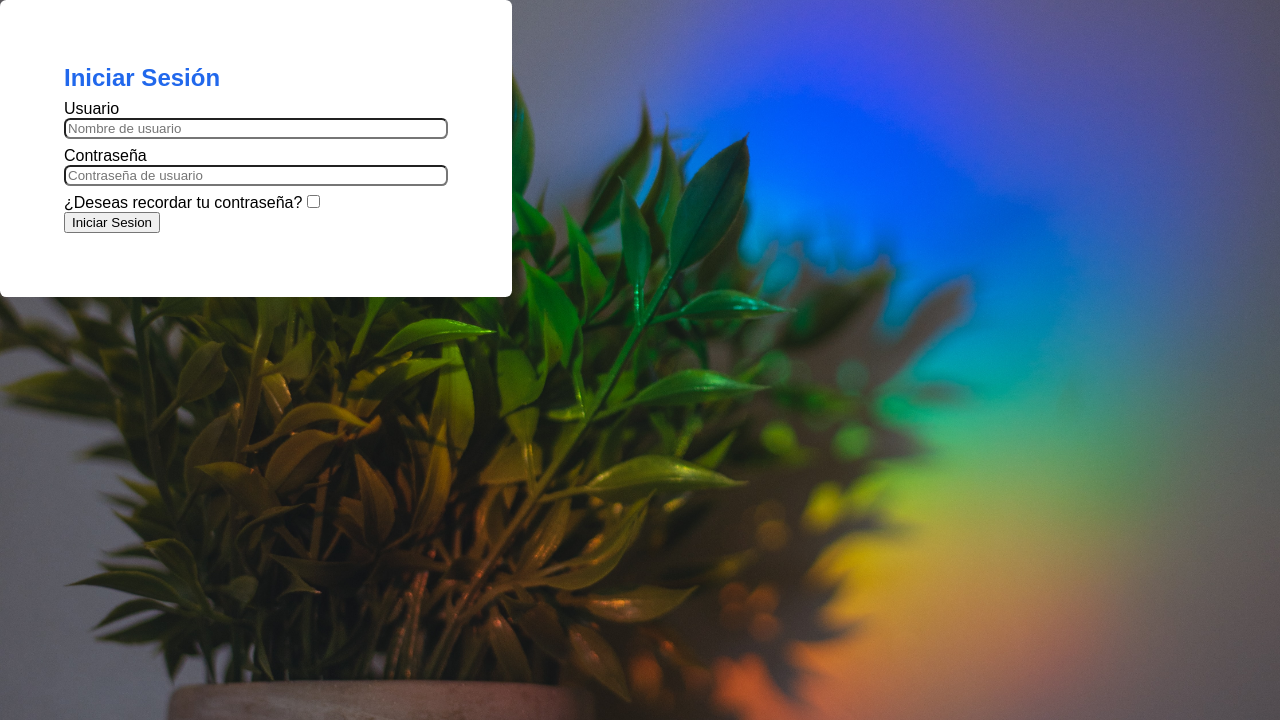
Repository: TzMichaelYT/ModuloHTMLCSS
Page: formularioHTML/index.html
An editor plug-in stored every save of this project. The page is shown before and after the next save, followed by the edit.
The browser window is 1280 px wide. The pictures show the whole page.

Above is the page before, as saved 2021-07-14 20:36:21.

After the next save:
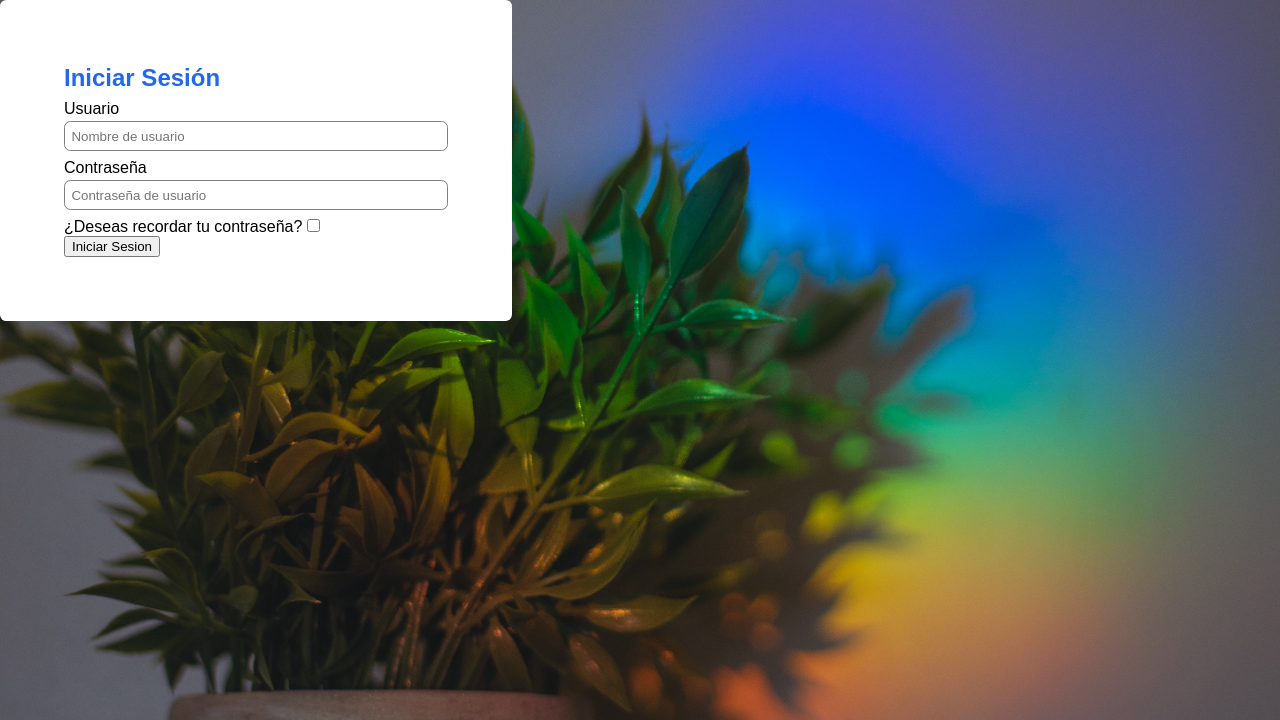
Saved 77 s later.
--- a/formularioHTML/styles/styles.css
+++ b/formularioHTML/styles/styles.css
@@ -40,6 +40,9 @@
 
 .input-container input {
     border-radius: 0.4rem;
+    border: solid 0.1rem gray;
+    padding: 0.4rem;
+    margin-top: 0.2rem;
 }
 
 .checkbox-container {
